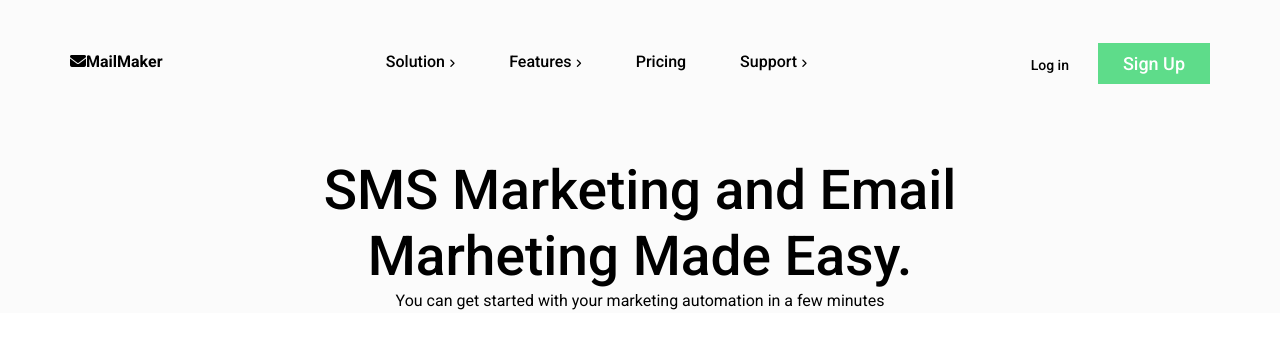
Repository: phanhuy16/Folder
Page: sign/index.html
The author's editor kept a copy of each file at every save. The page is drawn from the files as they stood at one save, then again after the next save.
The browser window is 1280 px wide. The pictures show the whole page.

Above is the page before, as saved 2023-04-29 20:43:43.

After the next save:
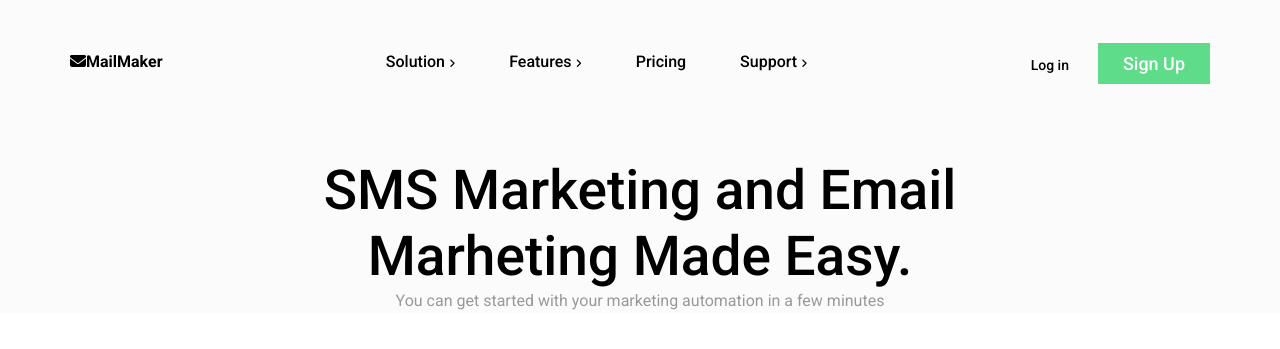
Saved 2 min 9 s later.
--- a/sign/main.css/style.css
+++ b/sign/main.css/style.css
@@ -82,3 +82,8 @@
     text-overflow: ellipsis;
     word-break: break-word;
 }
+
+.text {
+    color: #999;
+
+}
